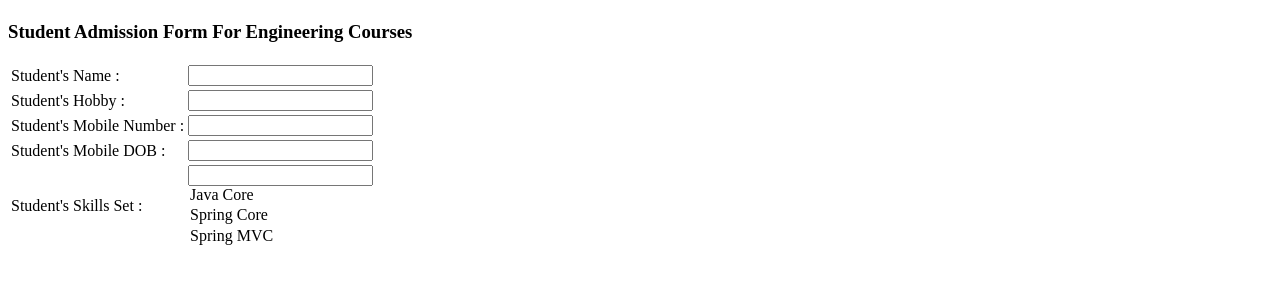
Repository: anujsachan89/Spring-MVC
Page: http://localhost/SpringMVC10/WEB-INF/jsp/AdmissionForm.jsp
The author's editor kept a copy of each file at every save. The page is drawn from the files as they stood at one save, then again after the next save.
The browser window is 1280 px wide. The pictures show the whole page.
The page is served by Tomcat 9. Nobody is signed in. The template is opened directly, without the code that normally fills it, so the values that code supplies are empty.

Above is the page before, as saved 2017-02-04 05:44:01.

After the next save:
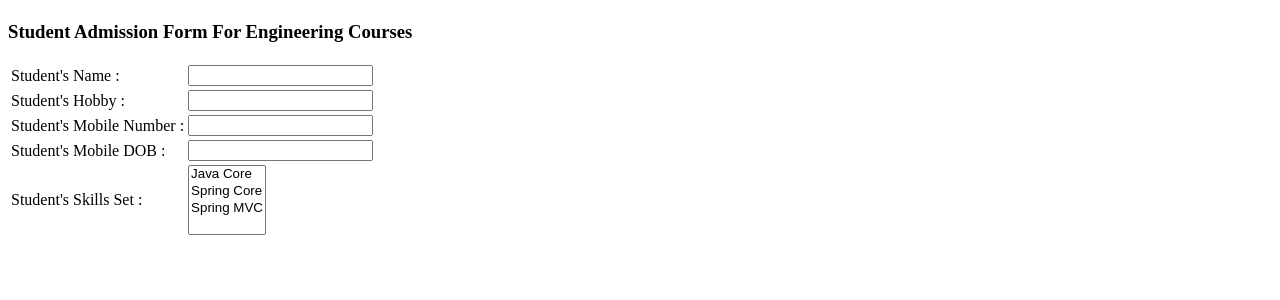
Saved 4 min 38 s later.
--- a/Spring-MVC workspace/SpringMVC10/src/main/webapp/WEB-INF/jsp/AdmissionForm.jsp
+++ b/Spring-MVC workspace/SpringMVC10/src/main/webapp/WEB-INF/jsp/AdmissionForm.jsp
@@ -24,7 +24,7 @@
 		<td>Student's Mobile DOB : </td>	<td>		<input type = "text" name = "studentDOB" /> </td>
 		</tr>
 		<tr>
-		<td>Student's Skills Set  : </td>	<td>		<input type = "text" name = "studentSkills" multiple>
+		<td>Student's Skills Set  : </td>	<td>		<select name = "studentSkills" multiple>
 														<option value = "Java Core"> Java Core </option>
 														<option value = "Spring Core"> Spring Core </option>
 														<option value = "Spring MVC"> Spring MVC </option>
